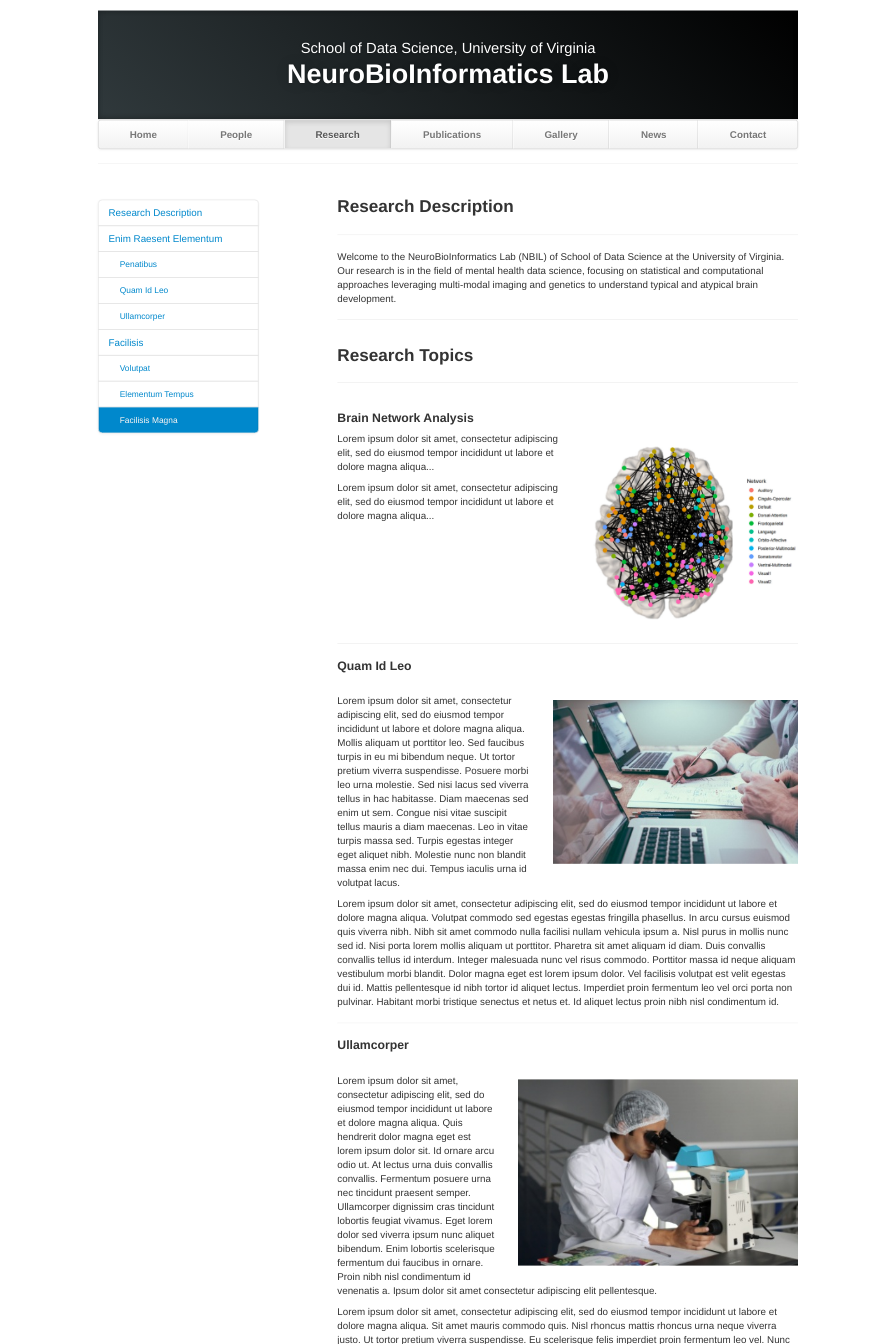
Repository: nbillab/nbillab.io
Page: research.html
The author's editor kept a copy of each file at every save. The page is drawn from the files as they stood at one save, then again after the next save.
The browser window is 1280 px wide. The pictures show the part of the page from y = 0 to 1920 px (the page is 4137 px tall before and 4175 px after), at 70% of full size.

Above is the page before, as saved 2025-08-17 19:50:05.

### research.html
<!DOCTYPE html>
<html lang="en">
   <head>
      <meta charset="utf-8">
      <title>Research</title>
      <meta name="viewport" content="width=device-width, initial-scale=1.0">
      <meta name="description" content="Research Lab, Home, Velit Aliquet Sagittis University">
      <meta name="author" content="">
      <!-- Le styles -->
      <link href="css/bootstrap.min.css" rel="stylesheet">
      <link href="css/bootstrap-responsive.min.css" rel="stylesheet">
      <link href="css/theme.css" rel="stylesheet">
   </head>
   <body>
      <div class="container">
         <header class="jumbotron subhead" id="overview">
            <p class="lead"> School of Data Science, University of Virginia </p>
            <h1>NeuroBioInformatics Lab</h1>
         </header>
         <div class="masthead">
            <div class="navbar">
               <div class="navbar-inner">
                  <div class="container">
                     <ul class="nav">
                        <li><a href="index.html">Home</a></li>
                        <li><a href="people.html">People</a></li>
                        <li class="active"><a href="#">Research</a></li>
                        <li><a href="publications.html">Publications</a></li>
                        <li><a href="gallery.html">Gallery</a></li>
                        <li><a href="news.html">News</a></li>
                        <li><a href="contact.html">Contact</a></li>
                     </ul>
                  </div>
               </div>
            </div>
         </div>
         <hr>
         <div class="row-fluid">
            <div class="span3 bs-docs-sidebar" id="navparent">
               <ul class="nav nav-list bs-docs-sidenav" data-spy="affix" data-offset-top="200" data-offset-bottom="260">
                  <li><a href="#statemet"> Research Description </a></li>
                  <li><a href="#nano"> Enim Raesent Elementum </a></li>
                  <li><a class="subhead" href="#Penatibus"> Penatibus </a></li>
                  <li><a class="subhead" href="#QuamIdLeo"> Quam Id Leo  </a></li>
                  <li><a class="subhead" href="#Ullamcorper"> Ullamcorper </a></li>
                  <li><a href="#Facilisis">Facilisis</a></li>
                  <li><a class="subhead" href="#Volutpat"> Volutpat </a></li>
                  <li><a class="subhead" href="#ElementumTempus"> Elementum Tempus </a></li>
                  <li><a class="subhead" href="#FacilisisMagna"> Facilisis Magna </a></li>
               </ul>
            </div>
            <div class="span8 offset1">
               <section id="statemet">
                  <div class="page-header">
                     <h3>Research Description</h3>
                     <hr>
                     <p>Welcome to the NeuroBioInformatics Lab (NBIL) of School of Data Science at the University of Virginia.
                        Our research is in the field of mental health data science, focusing on statistical and computational approaches leveraging multi-modal imaging and genetics to understand typical and atypical brain development.
                     </p>
                  </div>
               </section>
               <section id="nano">
                  <div class="page-header">
                     <h3>Research Topics</h3>
                  </div>
                  <div class="row-fluid">
                     <div class="span12">
                  <section id="Penatibus">
                  <h4>Brain Network Analysis</h4>
                  <div style="display: flex; align-items: flex-start; gap: 20px;">
                     <div style="flex: 1;">
                        <p>
                        Lorem ipsum dolor sit amet, consectetur adipiscing elit, sed do eiusmod
                        tempor incididunt ut labore et dolore magna aliqua...
                        </p>
                        <p>
                        Lorem ipsum dolor sit amet, consectetur adipiscing elit, sed do eiusmod
                        tempor incididunt ut labore et dolore magna aliqua...
                        </p>
                     </div>
                     <div style="flex: 0 0 300px;">
                        <img src="images/brain_conn.png" alt="Penatibus" style="max-width:100%; height:auto;">
                     </div>
                  </div>
                  </section>
                        <hr>
                        <section id="QuamIdLeo">
                           <h4>Quam Id Leo</h4>
                           <br/>
                           <img src="images/brainstorming-paper.jpg" class="float-right" alt="Quam Id Leo"/>
                           <p>
                              Lorem ipsum dolor sit amet, consectetur adipiscing elit, sed do eiusmod
                              tempor incididunt ut labore et dolore magna aliqua. Mollis aliquam ut
                              porttitor leo. Sed faucibus turpis in eu mi bibendum neque. Ut tortor
                              pretium viverra suspendisse. Posuere morbi leo urna molestie. Sed nisi
                              lacus sed viverra tellus in hac habitasse. Diam maecenas sed enim ut sem.
                              Congue nisi vitae suscipit tellus mauris a diam maecenas. Leo in vitae
                              turpis massa sed. Turpis egestas integer eget aliquet nibh. Molestie
                              nunc non blandit massa enim nec dui. Tempus iaculis urna id volutpat lacus.
                           </p>
                           <p>
                              Lorem ipsum dolor sit amet, consectetur adipiscing elit, sed do eiusmod
                              tempor incididunt ut labore et dolore magna aliqua. Volutpat commodo sed
                              egestas egestas fringilla phasellus. In arcu cursus euismod quis viverra
                              nibh. Nibh sit amet commodo nulla facilisi nullam vehicula ipsum a. Nisl
                              purus in mollis nunc sed id. Nisi porta lorem mollis aliquam ut porttitor.
                              Pharetra sit amet aliquam id diam. Duis convallis convallis tellus id
                              interdum. Integer malesuada nunc vel risus commodo. Porttitor massa id
                              neque aliquam vestibulum morbi blandit. Dolor magna eget est lorem ipsum
                              dolor. Vel facilisis volutpat est velit egestas dui id. Mattis pellentesque
                              id nibh tortor id aliquet lectus. Imperdiet proin fermentum leo vel orci
                              porta non pulvinar. Habitant morbi tristique senectus et netus et. Id aliquet
                              lectus proin nibh nisl condimentum id.
                           </p>
                        </section>
                        <hr>
                        <section id="Ullamcorper">
                           <h4>Ullamcorper</h4>
                           <br/>
                           <img src="images/man-with-microscope.jpg" class="float-right" alt="Ullamcorper"/>
                           <p>
                              Lorem ipsum dolor sit amet, consectetur adipiscing elit, sed do
                              eiusmod tempor incididunt ut labore et dolore magna aliqua. Quis
                              hendrerit dolor magna eget est lorem ipsum dolor sit. Id ornare
                              arcu odio ut. At lectus urna duis convallis convallis. Fermentum
                              posuere urna nec tincidunt praesent semper. Ullamcorper dignissim
                              cras tincidunt lobortis feugiat vivamus. Eget lorem dolor sed
                              viverra ipsum nunc aliquet bibendum. Enim lobortis scelerisque
                              fermentum dui faucibus in ornare. Proin nibh nisl condimentum id
                              venenatis a. Ipsum dolor sit amet consectetur adipiscing elit
                              pellentesque.
                           </p>
                           <p>
                              Lorem ipsum dolor sit amet, consectetur adipiscing elit, sed
                              do eiusmod tempor incididunt ut labore et dolore magna aliqua.
                              Sit amet mauris commodo quis. Nisl rhoncus mattis rhoncus urna
                              neque viverra justo. Ut tortor pretium viverra suspendisse. Eu
                              scelerisque felis imperdiet proin fermentum leo vel. Nunc sed
                              velit dignissim sodales ut. Elit pellentesque habitant morbi
                              tristique senectus et. Dictumst vestibulum rhoncus est
                              pellentesque elit ullamcorper. Tincidunt dui ut ornare lectus
                              sit amet.
                           </p>
                           <p>
                              Magna fringilla urna porttitor rhoncus dolor purus non enim.
                              Amet consectetur adipiscing elit pellentesque habitant morbi.
                              Ipsum dolor sit amet consectetur adipiscing elit ut. Dolor morbi
                              non arcu risus quis varius quam quisque id. Cras tincidunt lobortis
                              feugiat vivamus. Lorem ipsum dolor sit amet consectetur adipiscing
                              elit duis. Accumsan tortor posuere ac ut consequat semper viverra.
                              Mattis nunc sed blandit libero volutpat sed.
                           </p>
                        </section>
                     </div>
                  </div>
               </section>
               <hr>
               <section id="Facilisis">
                  <div class="page-header">
                     <h3>Facilisis</h3>
                  </div>
                  <div class="row-fluid">
                     <div class="span12">
                        <section id="Volutpat">
                           <h4>Volutpat</h4>
                           <br/>
                           <img src="images/solar-2.jpg" class="float-right" alt="Volutpat"/>
                           <p>
                              Lorem ipsum dolor sit amet, consectetur adipiscing elit, sed do eiusmod
                              tempor incididunt ut labore et dolore magna aliqua. Ultricies mi quis
                              hendrerit dolor. Non odio euismod lacinia at quis risus sed vulputate odio.
                              Amet volutpat consequat mauris nunc congue nisi. Netus et malesuada fames
                              ac turpis egestas maecenas. Mauris in aliquam sem fringilla ut morbi tincidunt.
                              Arcu bibendum at varius vel. Vel eros donec ac odio tempor. Nec ullamcorper
                              sit amet risus nullam eget. Volutpat blandit aliquam etiam erat velit
                              scelerisque in dictum. Eu facilisis sed odio morbi quis. Justo eget magna
                              fermentum iaculis eu. Orci eu lobortis elementum nibh tellus molestie nunc non
                              blandit. Bibendum arcu vitae elementum curabitur vitae nunc sed. Iaculis eu non
                              diam phasellus vestibulum lorem. Auctor augue mauris augue neque gravida. Sit
                              amet purus gravida quis blandit. In nulla posuere sollicitudin aliquam ultrices.
                           </p>
                           <p>
                              Lorem ipsum dolor sit amet, consectetur adipiscing elit, sed do eiusmod tempor
                              incididunt ut labore et dolore magna aliqua. Nisi quis eleifend quam adipiscing
                              vitae proin. Metus vulputate eu scelerisque felis imperdiet proin fermentum.
                              Consectetur adipiscing elit duis tristique sollicitudin. Faucibus ornare
                              suspendisse sed nisi lacus sed viverra. Odio tempor orci dapibus ultrices in
                              iaculis nunc sed augue. Laoreet non curabitur gravida arcu ac tortor dignissim
                              convallis aenean. Posuere sollicitudin aliquam ultrices sagittis orci. Tellus
                              orci ac auctor augue. Tristique risus nec feugiat in. In est ante in nibh mauris.
                              Neque gravida in fermentum et sollicitudin ac. Commodo viverra maecenas accumsan
                              lacus vel facilisis volutpat. Aliquam malesuada bibendum arcu vitae elementum.
                           </p>
                        </section>
                        <hr>
                        <section id="ElementumTempus">
                           <h4>Elementum Tempus</h4>
                           <br/>
                           <img src="images/energy.jpg" class="float-right" alt="Elementum Tempus"/>
                           <p>
                              Lorem ipsum dolor sit amet, consectetur adipiscing elit, sed do eiusmod tempor
                              incididunt ut labore et dolore magna aliqua. Quisque sagittis purus sit amet
                              volutpat consequat mauris nunc congue. Arcu ac tortor dignissim convallis aenean.
                              Etiam non quam lacus suspendisse faucibus interdum posuere lorem ipsum. Lorem
                              mollis aliquam ut porttitor leo a diam sollicitudin. Convallis aenean et tortor
                              at risus viverra adipiscing at. Nibh cras pulvinar mattis nunc sed blandit libero.
                              Venenatis a condimentum vitae sapien pellentesque. Diam maecenas ultricies mi eget
                              mauris. Facilisis volutpat est velit egestas dui id. Ut ornare lectus sit amet est
                              placerat in egestas erat. Vel elit scelerisque mauris pellentesque pulvinar
                              pellentesque habitant.
                           </p>
                           <p>
                              Lorem ipsum dolor sit amet, consectetur adipiscing elit, sed do eiusmod tempor
                              incididunt ut labore et dolore magna aliqua. Donec ac odio tempor orci dapibus
                              ultrices. Venenatis a condimentum vitae sapien. Ante in nibh mauris cursus mattis
                              molestie a iaculis at. Egestas quis ipsum suspendisse ultrices gravida dictum fusce.
                              Pellentesque elit eget gravida cum. Duis ultricies lacus sed turpis tincidunt id
                              aliquet risus. Aliquet risus feugiat in ante metus dictum at. Id leo in vitae turpis.
                              Nec nam aliquam sem et tortor consequat id porta nibh. Sagittis eu volutpat odio
                              facilisis mauris sit amet massa. Facilisis mauris sit amet massa. Amet risus nullam
                              eget felis eget nunc lobortis mattis. Ut sem nulla pharetra diam sit. Mattis molestie
                              a iaculis at erat pellentesque adipiscing commodo. Enim neque volutpat ac tincidunt
                              vitae semper quis lectus nulla. Lectus sit amet est placerat in egestas erat. Aliquet
                              nibh praesent tristique magna sit amet purus gravida. At volutpat diam ut venenatis.
                              Nibh ipsum consequat nisl vel pretium lectus.
                           </p>
                        </section>
                        <hr>
                        <section id="FacilisisMagna">
                           <h4>Facilisis Magna</h4>
                           <br/>
                           <ol class="resources">
                              <li>Lorem ipsum dolor sit amet, consectetur adipiscing elit, sed do eiusmod tempor
                                 incididunt ut labore et dolore magna aliqua. p. 413-417, 2010.
                              </li>
                              <li>Sed ullamcorper morbi tincidunt ornare massa eget egestas. Suscipit tellus mauris
                                 a diam. Facilisis magna etiam tempor orci eu lobortis elementum nibh tellus.
                              </li>
                              <li>Tellus molestie nunc non blandit massa enim nec dui. Eget duis at tellus at urna
                                 condimentum mattis pellentesque id. At urna condimentum mattis pellentesque id nibh
                                 tortor. Placerat duis ultricies lacus sed turpis tincidunt id aliquet risus.
                              </li>
                              <li>Laoreet non curabitur gravida arcu ac. Ultricies tristique nulla aliquet enim. Auctor
                                 elit sed vulputate mi. Pellentesque diam volutpat commodo sed egestas egestas fringilla.
                                 Eleifend donec pretium vulputate sapien nec sagittis. 38(5), p. 397-406, 2013.
                              </li>
                           </ol>
                        </section>
                     </div>
                  </div>
               </section>
               <hr>
            </div>
         </div>
      </div>
      <footer id="footer">
         <div class="container-fluid">
            <div class="row-fluid">
               <div class="span5">
                  <h3>Contact Information</h3>
                  <p><b>Office Hours: </b>Monday-Friday (8.00am - 5.00pm)</p>
                  <a href="mailto:xsa5db@virginia.edu">Email</a>
               </div>
               <div class="span2">
                  <a href="https://datascience.virginia.edu/"><img src = "images/UVA.png" alt="research-lab-logo"/></a>
               </div>
               <div class="span5">
                  <h3>Address</h3>
                  <p>1919 Ivy Road<br>
                     Charlottesville, VA<br>
                     USA 22903
                  </p>
                  <a href="http://maps.google.com/">Show Map</a>
               </div>
            </div>
         </div>
      </footer>


      <!-- Le javascript
         ================================================== -->
      <!-- Placed at the end of the document so the pages load faster -->
      <script src="js/jquery-1.9.1.min.js"></script>
      <script src="js/bootstrap.min.js"></script>
      <script>
         $(document).ready(function() {
             $(document.body).scrollspy({
                 target: "#navparent"
             });
         });

      </script>
   </body>
</html>

Loaded but not shown: css/bootstrap.min.css (library); css/bootstrap-responsive.min.css (library); js/jquery-1.9.1.min.js (library); js/bootstrap.min.js (library); css/theme.css (552 lines, source omitted)

After the next save:
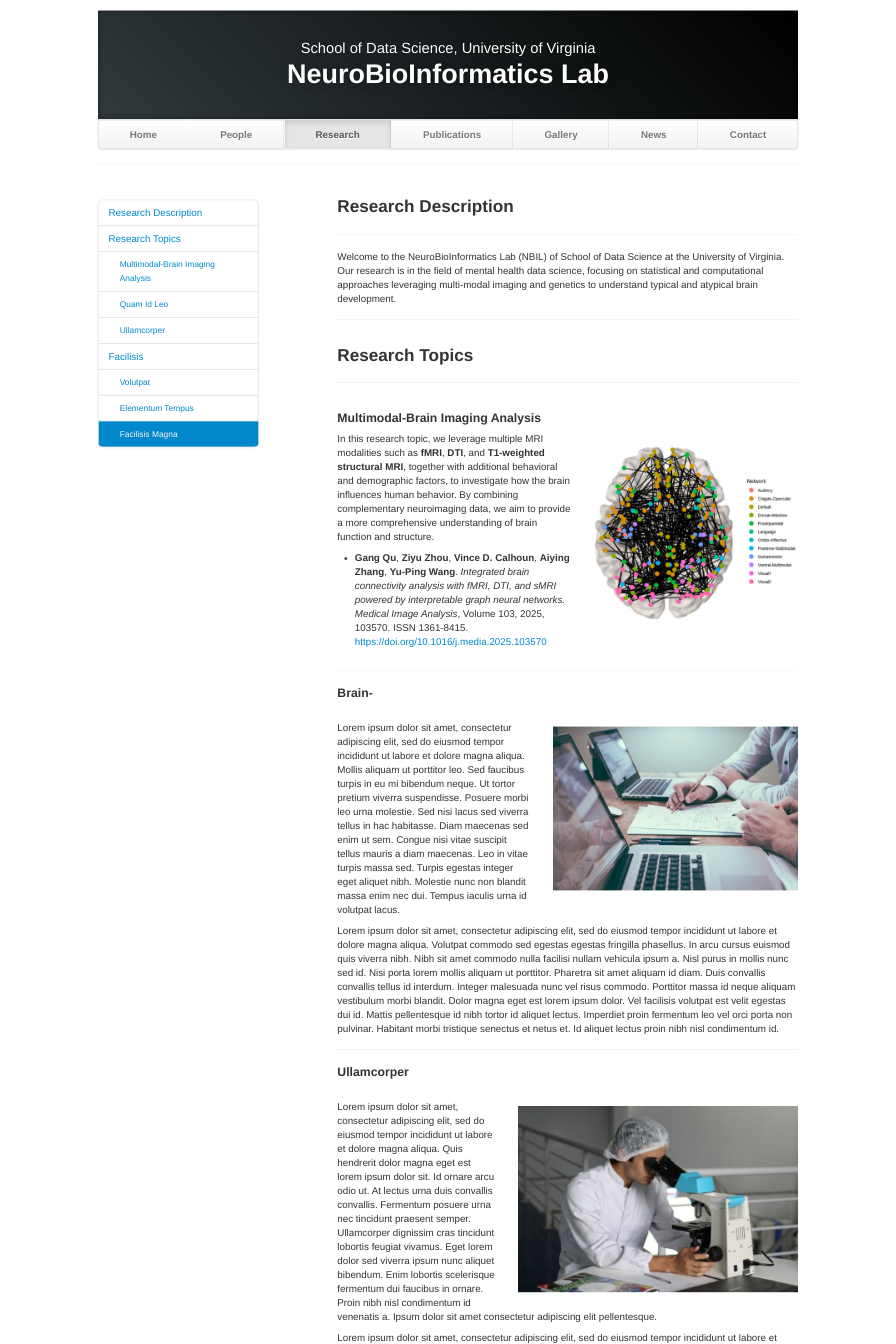
Saved 6 min 8 s later.
--- a/research.html
+++ b/research.html
@@ -39,8 +39,8 @@
             <div class="span3 bs-docs-sidebar" id="navparent">
                <ul class="nav nav-list bs-docs-sidenav" data-spy="affix" data-offset-top="200" data-offset-bottom="260">
                   <li><a href="#statemet"> Research Description </a></li>
-                  <li><a href="#nano"> Enim Raesent Elementum </a></li>
-                  <li><a class="subhead" href="#Penatibus"> Penatibus </a></li>
+                  <li><a href="#nano"> Research Topics </a></li>
+                  <li><a class="subhead" href="#Penatibus"> Multimodal-Brain Imaging Analysis </a></li>
                   <li><a class="subhead" href="#QuamIdLeo"> Quam Id Leo  </a></li>
                   <li><a class="subhead" href="#Ullamcorper"> Ullamcorper </a></li>
                   <li><a href="#Facilisis">Facilisis</a></li>
@@ -66,26 +66,35 @@
                   <div class="row-fluid">
                      <div class="span12">
                   <section id="Penatibus">
-                  <h4>Brain Network Analysis</h4>
+                  <h4>Multimodal-Brain Imaging Analysis</h4>
                   <div style="display: flex; align-items: flex-start; gap: 20px;">
                      <div style="flex: 1;">
                         <p>
-                        Lorem ipsum dolor sit amet, consectetur adipiscing elit, sed do eiusmod
-                        tempor incididunt ut labore et dolore magna aliqua...
+                        In this research topic, we leverage multiple MRI modalities such as
+                        <strong>fMRI</strong>, <strong>DTI</strong>, and <strong>T1-weighted structural MRI</strong>,
+                        together with additional behavioral and demographic factors, to investigate how the brain
+                        influences human behavior. By combining complementary neuroimaging data, we aim to
+                        provide a more comprehensive understanding of brain function and structure.
                         </p>
-                        <p>
-                        Lorem ipsum dolor sit amet, consectetur adipiscing elit, sed do eiusmod
-                        tempor incididunt ut labore et dolore magna aliqua...
-                        </p>
+                        <ul>
+                        <li>
+                           <strong>Gang Qu</strong>, <strong>Ziyu Zhou</strong>, <strong>Vince D. Calhoun</strong>,
+                           <strong>Aiying Zhang</strong>, <strong>Yu-Ping Wang</strong>.
+                           <em>Integrated brain connectivity analysis with fMRI, DTI, and sMRI powered by interpretable graph neural networks.</em>
+                           <i>Medical Image Analysis</i>, Volume 103, 2025, 103570.
+                           ISSN 1361-8415.
+                           <a href="https://doi.org/10.1016/j.media.2025.103570" target="_blank">https://doi.org/10.1016/j.media.2025.103570</a>
+                        </li>
+                        </ul>
                      </div>
                      <div style="flex: 0 0 300px;">
-                        <img src="images/brain_conn.png" alt="Penatibus" style="max-width:100%; height:auto;">
+                        <img src="images/brain_conn.png" alt="Multimodal Brain Imaging" style="max-width:100%; height:auto;">
                      </div>
                   </div>
                   </section>
                         <hr>
                         <section id="QuamIdLeo">
-                           <h4>Quam Id Leo</h4>
+                           <h4>Brain-</h4>
                            <br/>
                            <img src="images/brainstorming-paper.jpg" class="float-right" alt="Quam Id Leo"/>
                            <p>
